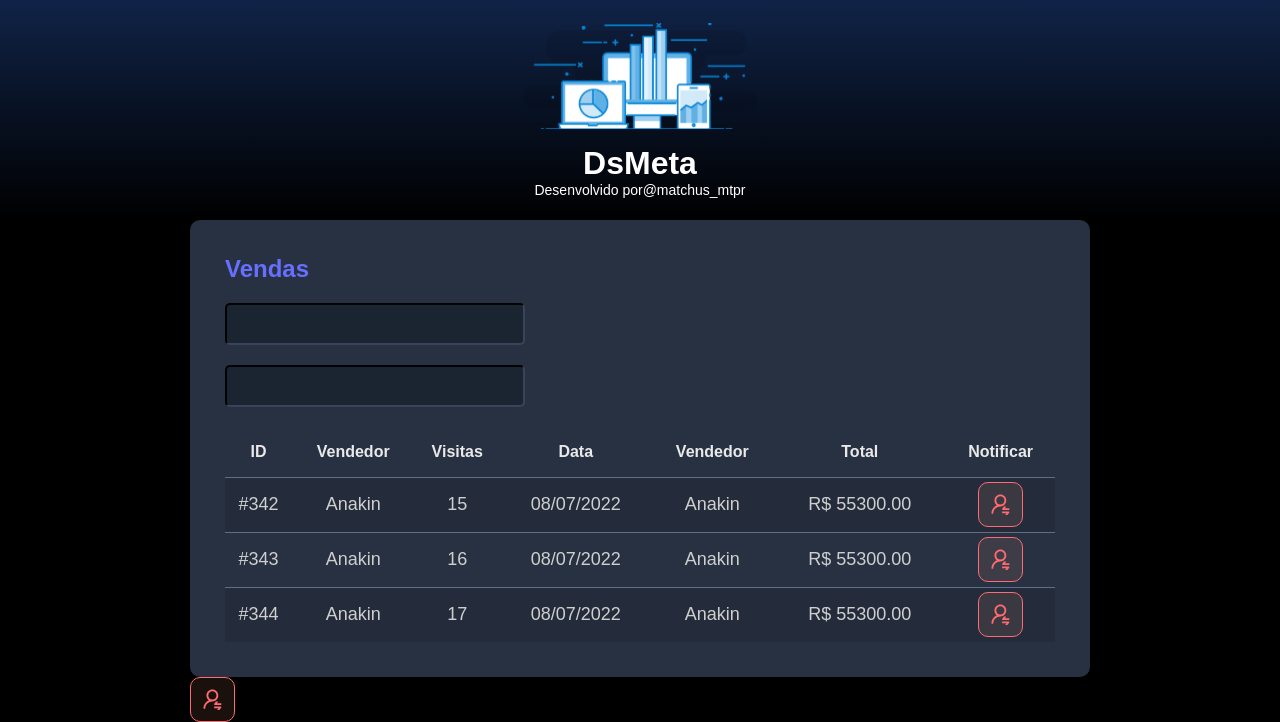
Repository: MatheusAlvesPereiraRosa/ds-meta
Page: / (app in frontend/)
The author's editor kept a copy of each file at every save. The page is drawn from the files as they stood at one save, then again after the next save.
The browser window is 1280 px wide. The pictures show the whole page.
The project was rebuilt for these pictures with package versions that can differ from the ones it lists, and the page was loaded fresh each time. Also part of the build but not shown: frontend/vite.config.ts.

Above is the page before, as saved 2022-09-08 18:13:06.

After the next save:
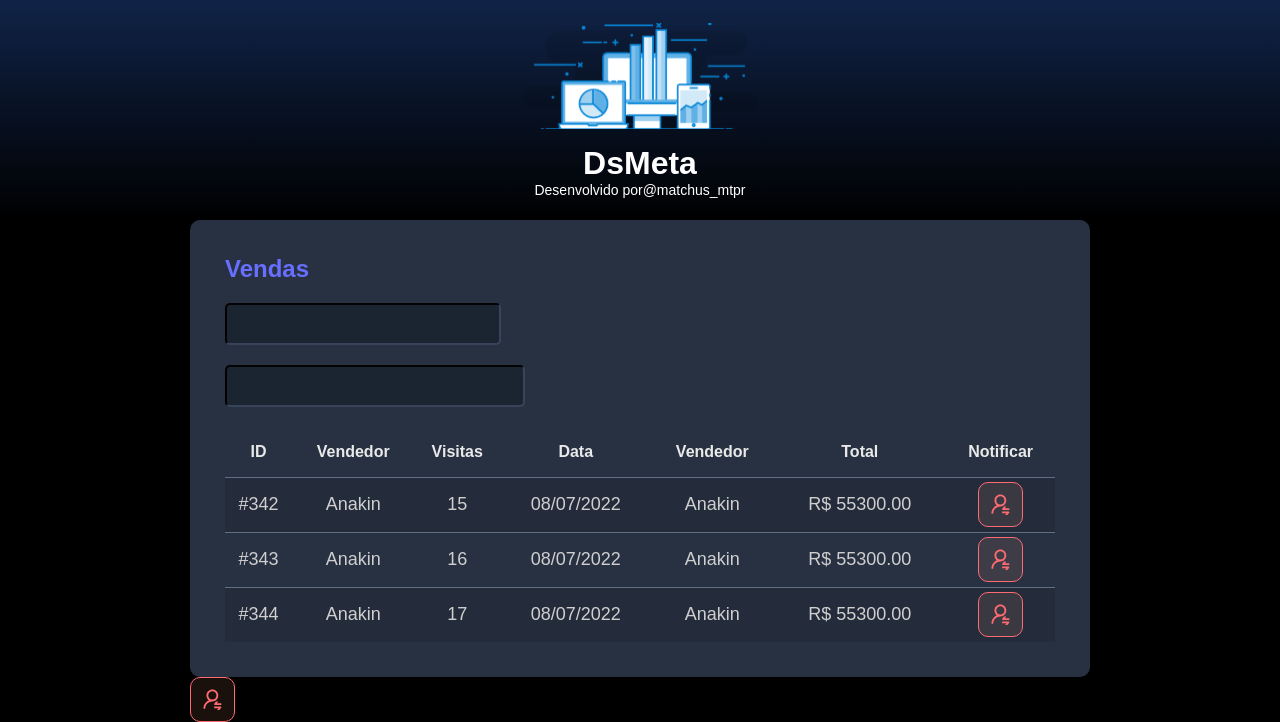
Saved 24 s later.
--- a/frontend/src/components/SalesCard/index.tsx
+++ b/frontend/src/components/SalesCard/index.tsx
@@ -9,7 +9,7 @@ function SalesCard () {
             <h2 className="dsmeta-sales-title">Vendas</h2>
             <div>
               <div className="dsmeta-form-control-container">
-                <input className="dsmeta-form-control" type="text" />
+                <DatePicker className="dsmeta-form-control" type="text" />
               </div>
               <div className="dsmeta-form-control-container">
                 <input className="dsmeta-form-control" type="text" />
